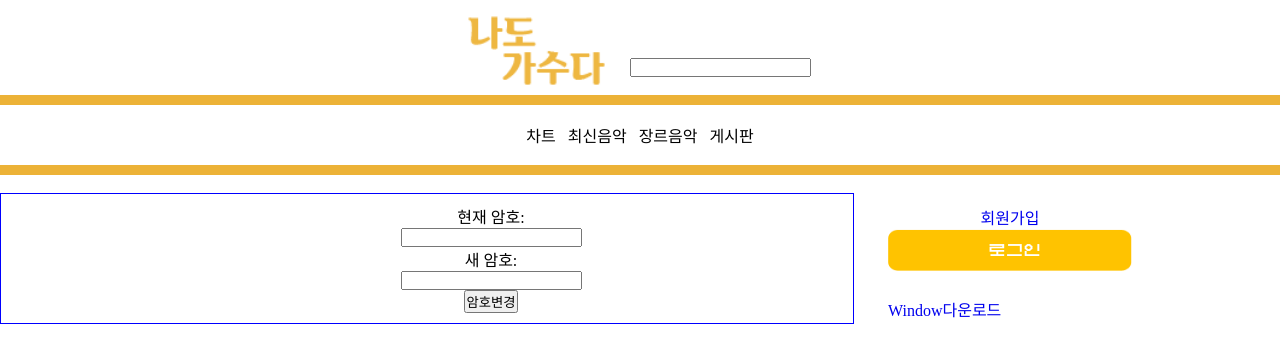
Repository: Ea-Bell/GraduationPortfolio
Page: http://localhost/WebTest/webTest/View/test/test.jsp
These files come from the project's save history. The page is drawn as it stood at one moment and after the next save; the edit follows.
The browser window is 1280 px wide. The pictures show the whole page.
The page is served by Tomcat 9. Nobody is signed in. The application's start-up code is not run.

Above is the page before, as saved 2020-09-16 10:02:54.

After the next save:
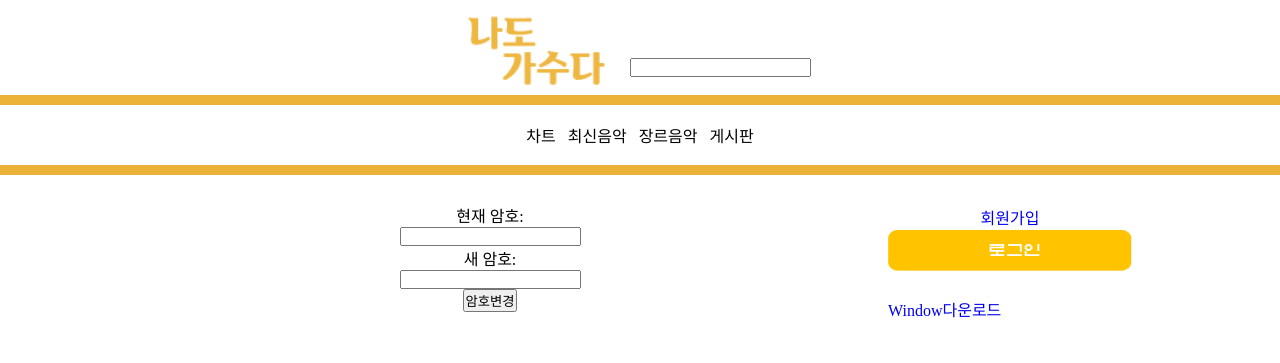
Saved 27 s later.
--- a/WEB_Server/WebTest/WebContent/webTest/View/test/test.jsp
+++ b/WEB_Server/WebTest/WebContent/webTest/View/test/test.jsp
@@ -56,7 +56,7 @@
 		<br>
 	<!-- 콘텐츠 -->
 
-	<div id="content"  style="border:1px solid blue; padding:10px; width: 65%;  float: left;" >
+	<div id="content"  style="padding:10px; width: 65%;  float: left;" >
 			<!-- 콘텐츠 -->
 	<div id="content" align="center" style="background-color: #ffffff; ">
 		<section id="main_section">
